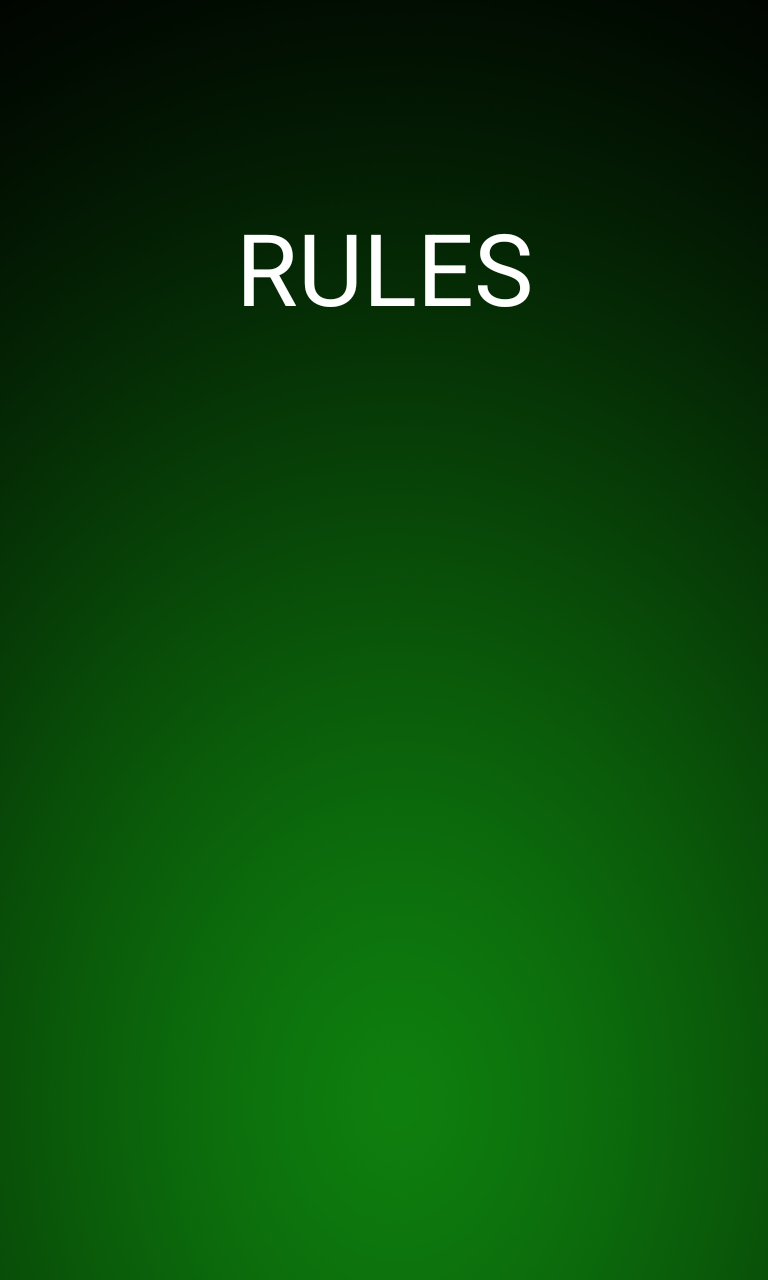
Repository: jwu14/AAProductions
Layout: EgyptianRatscrew/res/layout/activity_rules.xml
The author's editor kept a copy of each file at every save. The layout is drawn from the files as they stood at one save, then again after the next save.
It is drawn on a 768 x 1280 px phone screen (xhdpi) without system bars, with theme AppTheme; the app's code is not run.

Above is the layout before, as saved 2013-03-06 20:27:46.

After the next save:
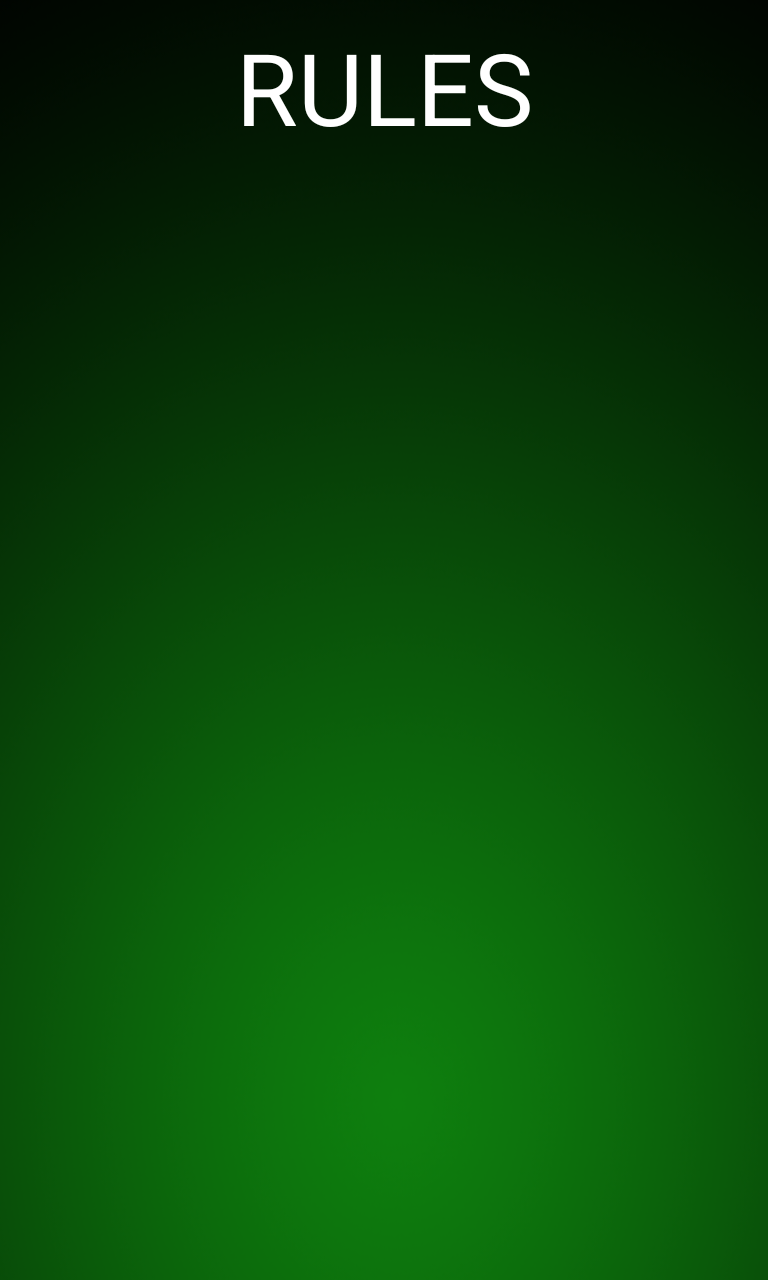
Saved 12 s later.
--- a/EgyptianRatscrew/res/layout/activity_rules.xml
+++ b/EgyptianRatscrew/res/layout/activity_rules.xml
@@ -16,7 +16,6 @@
         android:layout_weight="0.23"
         android:clickable="false"
         android:gravity="center_horizontal"
-        android:paddingTop="90sp"
         android:text="RULES"
         android:textColor="#FFFFFF"
         android:textSize="50sp" />
